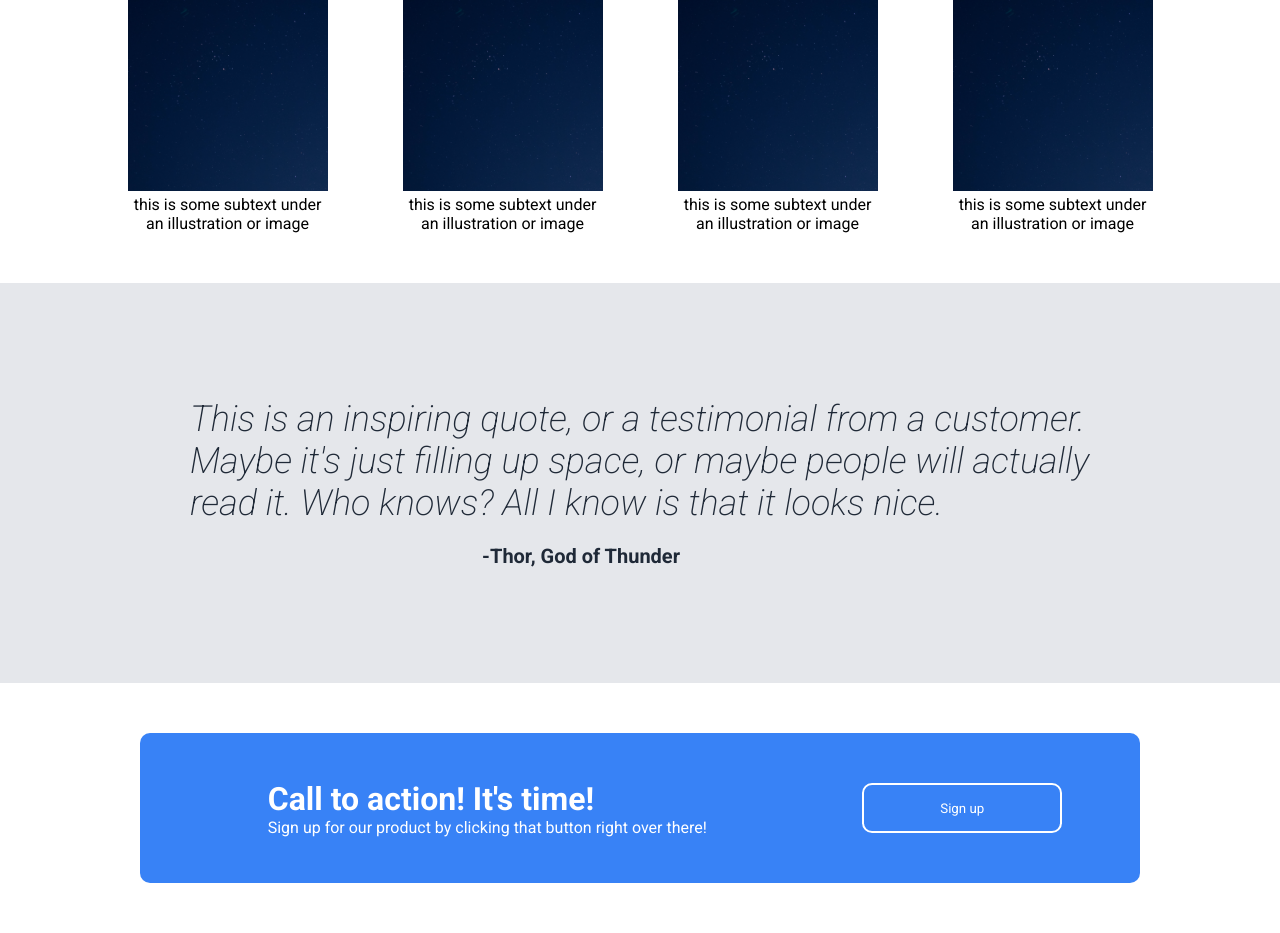
Repository: aaronestre/odin-landingpage
Page: index.html
The author's editor kept a copy of each file at every save. The page is drawn from the files as they stood at one save, then again after the next save.
The browser window is 1280 px wide. The pictures show the part of the page from y = 701 to 1653 px (the page is 1634 px tall before and 1653 px after).
A picture or video elsewhere on the page could not be fetched, so the positions and the page height are approximate.

Above is the page before, as saved 2025-02-12 21:26:14.

### index.html
<!DOCTYPE html>
<html lang="en">
    <head>
        <meta charset="UTF-8" />
        <meta http-equiv="X-UA-Compatible" content="IE=edge" />
        <meta name="viewport" content="width=device-width, initial-scale=1.0" />
        <link rel="stylesheet" href="index.css" />
        <link rel="preconnect" href="https://fonts.googleapis.com">
<link rel="preconnect" href="https://fonts.gstatic.com" crossorigin>
<link href="https://fonts.googleapis.com/css2?family=Permanent+Marker&family=Roboto:ital,wght@0,100..900;1,100..900&display=swap" rel="stylesheet">

        <title>Odin Landing Page</title>
    </head>
    <body>
        <div class="header">
            <h1>Header Logo</h1>
            <div class="header-right">
                <p>header link 1</p>
                <p>header link 2</p>
                <p>header link 3</p>
            </div>
        </div>
        <div class="hero">
            <div class="hero-left">
                <h1>This website is awesome</h1>
                <p>This website has some subtext that goes here under the main title. It's a smaller font and the color is lower contrast</p>
                <button>Sign up</button>
            </div>
            <div class="hero-right">
                <img class="hero-image" src="./pictures/hero-image.jpg" alt="This is a placeholder for an image" />
            </div>
        </div>
        <div class="info">
            <h1>Some random information.</h1>
            <div class="info-container">
                <div class="info-item">
                    <img class="info-image" src="./pictures/placeholder.jpg" alt="This is a placeholder for an image" />
                    <p class="info-text">this is some subtext under an illustration or image</p>
                </div>
                <div class="info-item">
                    <img class="info-image" src="./pictures/placeholder.jpg" alt="This is a placeholder for an image" />
                    <p class="info-text">this is some subtext under an illustration or image</p>
                </div>
                <div class="info-item">
                    <img class="info-image" src="./pictures/placeholder.jpg" alt="This is a placeholder for an image" />
                    <p class="info-text">this is some subtext under an illustration or image</p>
                </div>
                <div class="info-item">
                    <img class="info-image" src="./pictures/placeholder.jpg" alt="This is a placeholder for an image" />
                    <p class="info-text">this is some subtext under an illustration or image</p>
                </div>
            </div>
        </div>
        <div class="quote">
            <p class="quote-text">
                This is an inspiring quote, or a testimonial from a customer. Maybe it's just filling up space, or maybe people will actually read it. Who knows? All I know is that it looks nice.
            </p>
            <p class="quote-author">-Thor, God of Thunder</p>
        </div>
        <div class="cta">
            <div class="cta-container">
                <div class="cta-text">
                    <h1>Call to action! It's time!</h1>
                    <p>Sign up for our product by clicking that button right over there!</p>
                </div>
                <button>Sign up</button>
            </div>
        </div>
    </body>
</html>

### index.css
* {
    margin: 0;
    padding: 0;
    box-sizing: border-box;
    font-family: Roboto;
}

.header {
    background-color: #1f2937;
    margin: 0px;
    width: 100%;
    height: 50px;
    color: white;
    font-family: Roboto;
    display: flex;
    justify-content: space-around;
    align-items: center;
}

.header h1 {
    font-size: 32px;
}

.header-right {
    display: flex;
    justify-content: flex-end;
    font-size: 18px;
    gap: 16px;
}

.hero {
    background-color: #1f2937;
    color: white;
    width: 100%;
    height: 500px;
    display: flex;
    justify-content: space-around;
    align-items: center;
}

.hero-left {
    margin-left: 175px;
    width: 20%;
}

.hero h1 {
    font-size: 48px;
    margin-bottom: 10px;
}

.hero p {
    font-size: 18px;
    margin-bottom: 10px;
}

.hero button {
    background-color: #3882f6;
    color: white;
    width: 100px;
    height: 40px;
    border-radius: 10px;
    border: none;
}

.hero-image {
    background-color: #1f2937;
    margin-right: 175px;
    height: 350px;
    display: flex;
    justify-content: center;
    align-items: center;
}

.info {
    display: flex;
    flex-direction: column;
    justify-content: center;
    align-items: center;
    margin-bottom: 50px;
}

.info h1 {
    font-size: 36px;
    margin: 50px 0;
}

.info-container {
    display: flex;
    justify-content: center;
    align-items: center;
    gap: 75px;
}

.info-image {
    width: 200px;
}

.info-text {
    width: 200px;
    text-align: center;
}

.quote {
    background-color: #e5e7eb;
    display: flex;
    flex-direction: column;
    justify-content: center;
    align-items: center;
    font-size: 36px;
    color: #1f2937;
    height: 400px;
}

.quote-text {
    font-style: italic;
    font-weight: 200;
    margin-bottom: 20px;
    width: 900px;
}

.quote-author {
    font-weight: bold;
    font-size: 20px;
    align-self: flex-end;
    margin-right: 600px;
}

.cta {
    color: #fff;
    display: flex;
    justify-content: center;
    margin: 50px;
}

.cta-container {
    background-color: #3882f6;
    display: flex;
    height: 150px;
    width: 1000px;
    border-radius: 10px;
    justify-content: space-around;
    align-items: center;
}

.cta-text {
    display: flex;
    flex-direction: column;
    justify-content: center;
    margin-left: 50px;
}

.cta button {
    background-color: #3882f6;
    color: #fff;
    width: 200px;
    height: 50px;
    border-radius: 10px;
    border: 2px solid #fff;
}

After the next save:
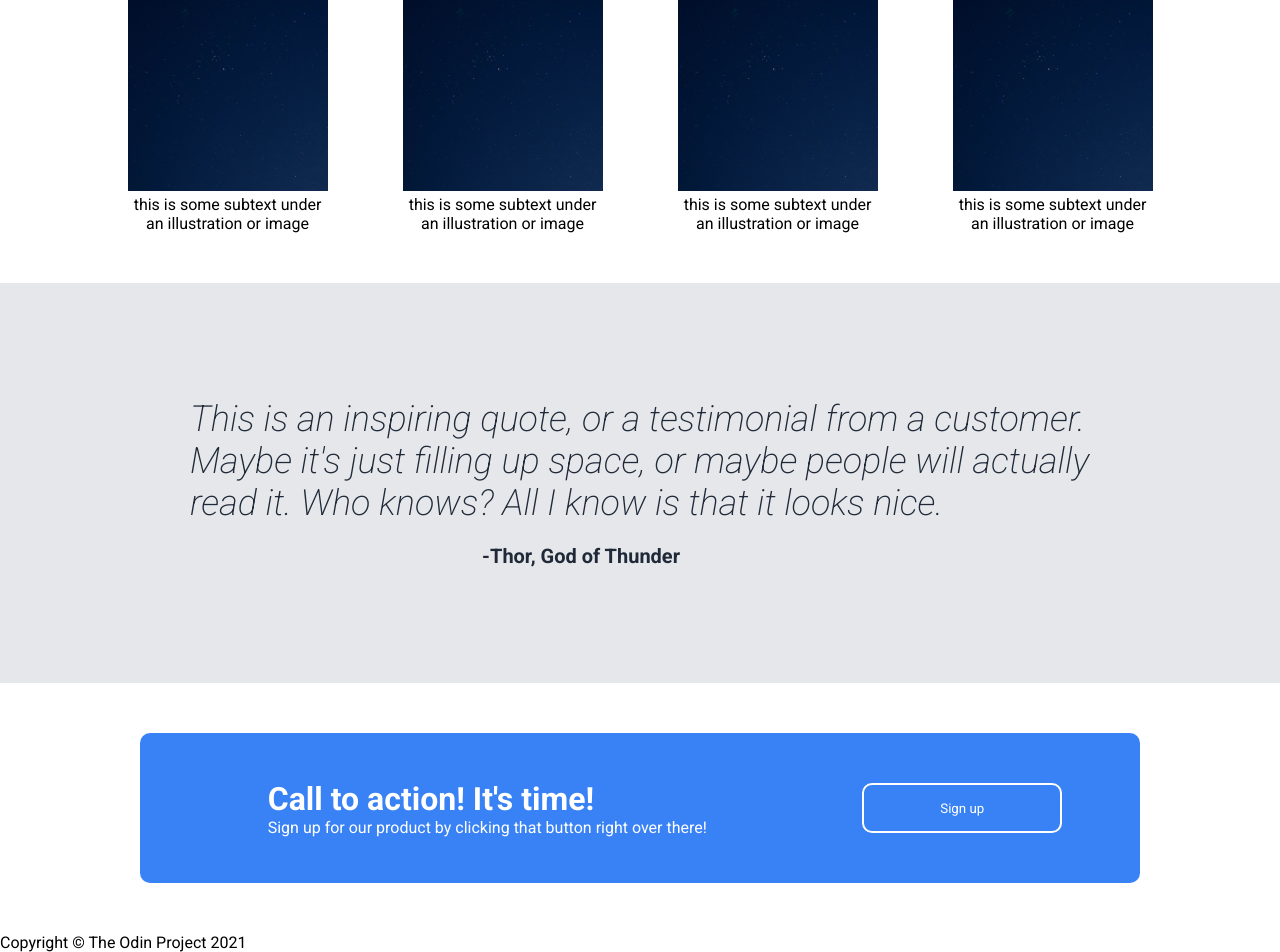
Saved 40 s later.
--- a/index.html
+++ b/index.html
@@ -66,5 +66,8 @@
                 <button>Sign up</button>
             </div>
         </div>
+        <div class="footer">
+            <p>Copyright © The Odin Project 2021</p>
+        </div>
     </body>
 </html>
